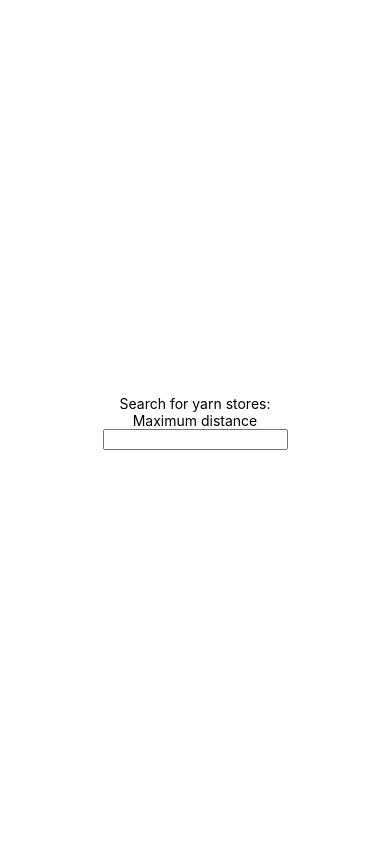
Repository: anuslorah/StashEnhancer
Screen: / (app in StashEnhancer1/)
These files come from the project's save history. The screen is drawn as it stood at one moment and after a run of saves; the edit follows.
The app was drawn by React Native's web renderer in a window 390 px wide. The project was rebuilt for these pictures with package versions that can differ from the ones it lists, and the page was loaded fresh each time.

Above is the screen before, as saved 2019-06-27 17:50:35.

### StashEnhancer1/App.js
import React from 'react';
import { StyleSheet, Text, View } from 'react-native';

export default function App() {
  return (
    <View style={styles.container}>
      <Text>Search for yarn stores:</Text>
      <Text>Maximum distance</Text><input></input>
    </View>
  );
}

const styles = StyleSheet.create({
  container: {
    flex: 1,
    backgroundColor: '#fff',
    alignItems: 'center',
    justifyContent: 'center',
  },
});

After the next 4 saves:
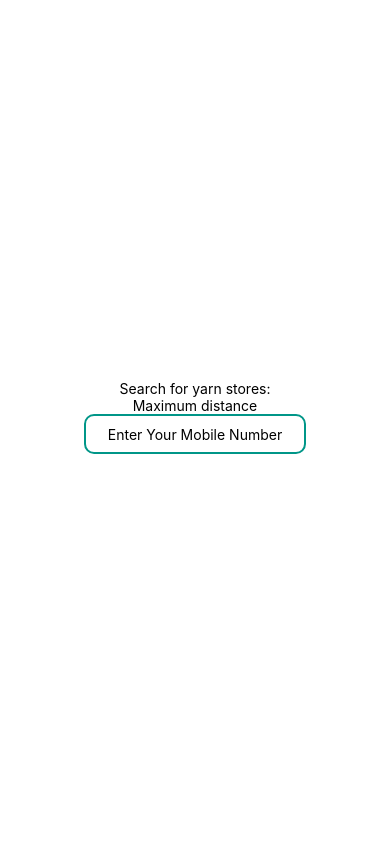
The 4 saves are shown as one change because 3 did not build or start.
The last was saved 7 min 45 s later.
--- a/StashEnhancer1/App.js
+++ b/StashEnhancer1/App.js
@@ -1,11 +1,16 @@
 import React from 'react';
-import { StyleSheet, Text, View } from 'react-native';
+import { StyleSheet, Text, TextInput, View } from 'react-native';
 
 export default function App() {
   return (
     <View style={styles.container}>
       <Text>Search for yarn stores:</Text>
-      <Text>Maximum distance</Text><input></input>
+      <Text>Maximum distance</Text>
+      <TextInput
+          placeholder="Enter Your Mobile Number"
+          underlineColorAndroid='transparent'
+          style={styles.TextInputStyle}
+          keyboardType={'numeric'} />
     </View>
   );
 }
@@ -17,4 +22,12 @@ const styles = StyleSheet.create({
     alignItems: 'center',
     justifyContent: 'center',
   },
+  TextInputStyle: {
+    textAlign: 'center',
+    height: 40,
+    borderRadius: 10,
+    borderWidth: 2,
+    borderColor: '#009688',
+    marginBottom: 10
+  }
 });
